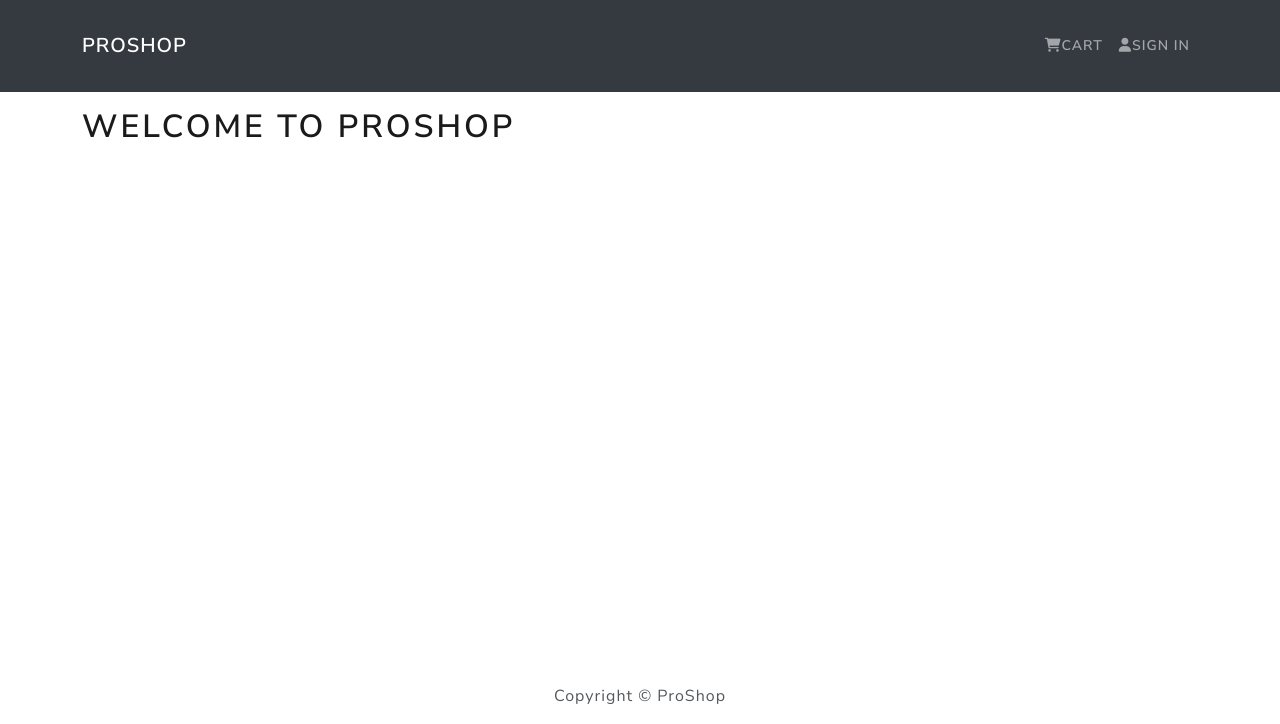
Repository: KarnoSarker/ProShop
Page: / (app in frontend/)
The author's editor kept a copy of each file at every save. The page is drawn from the files as they stood at one save, then again after the next save.
The browser window is 1280 px wide. The pictures show the whole page.
The project was rebuilt for these pictures with package versions that can differ from the ones it lists, and the page was loaded fresh each time.

Above is the page before, as saved 2022-09-03 18:07:11.

After the next save:
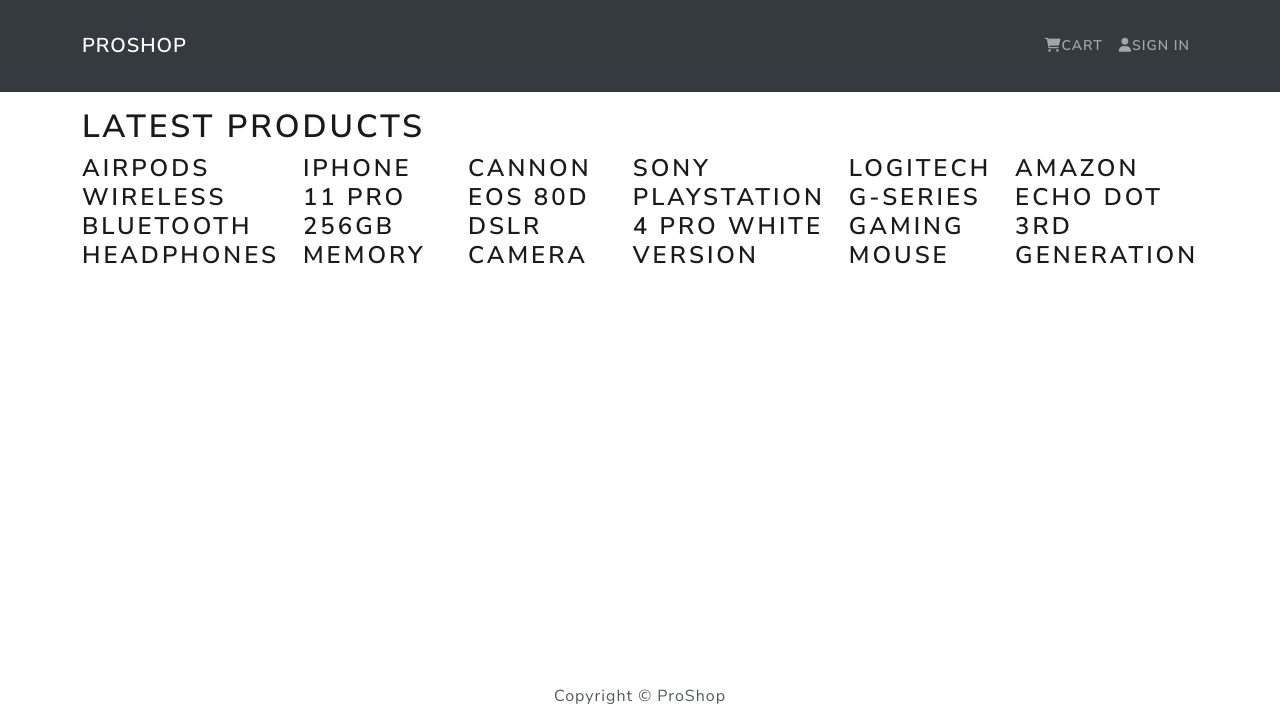
Saved 3 s later.
--- a/frontend/src/App.js
+++ b/frontend/src/App.js
@@ -2,6 +2,7 @@
 import { Container } from 'react-bootstrap';
 import Header from './components/Header';
 import Footer from './components/Footer';
+import HomeScreen from './screens/HomeScreen';
 
 const App = () => {
   return (
@@ -9,7 +10,7 @@
       <Header />
       <main className='py-3'>
         <Container>
-          <h1>Welcome to ProShop</h1>
+          <HomeScreen />
         </Container>
       </main>
       <Footer />
